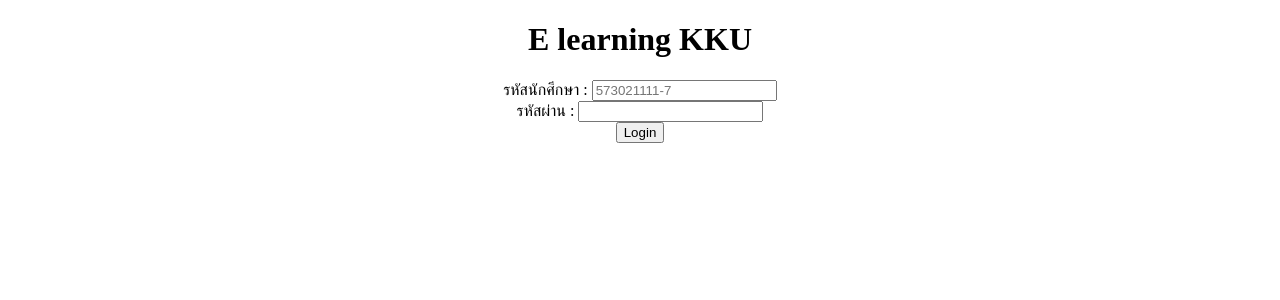
Repository: Wanaratkhamla/LabJavaWeb
Page: http://localhost/TestJoinTable/Login.jsp
An editor plug-in stored every save of this project. The page is shown before and after the next save, followed by the edit.
The browser window is 1280 px wide. The pictures show the whole page.
The page is served by Tomcat 9.

Above is the page before, as saved 2017-02-28 18:12:42.

After the next save:
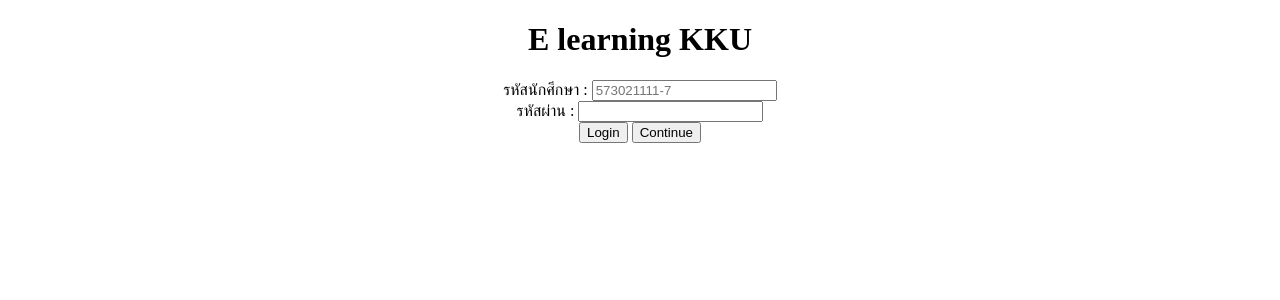
Saved 72 s later.
--- a/TestJoinTable/WebContent/Login.jsp
+++ b/TestJoinTable/WebContent/Login.jsp
@@ -14,6 +14,7 @@
 			รหัสนักศึกษา : <input size="20" type="text" name="SID" placeholder="573021111-7"> <br>
 			รหัสผ่าน : <input size="20" type="password" name="Password"> <br>
 			<button type="submit"> Login </button>
+			<button onclick="window.location.href='/page2'">Continue</button>
 		</form>
 	</div>
 </body>
